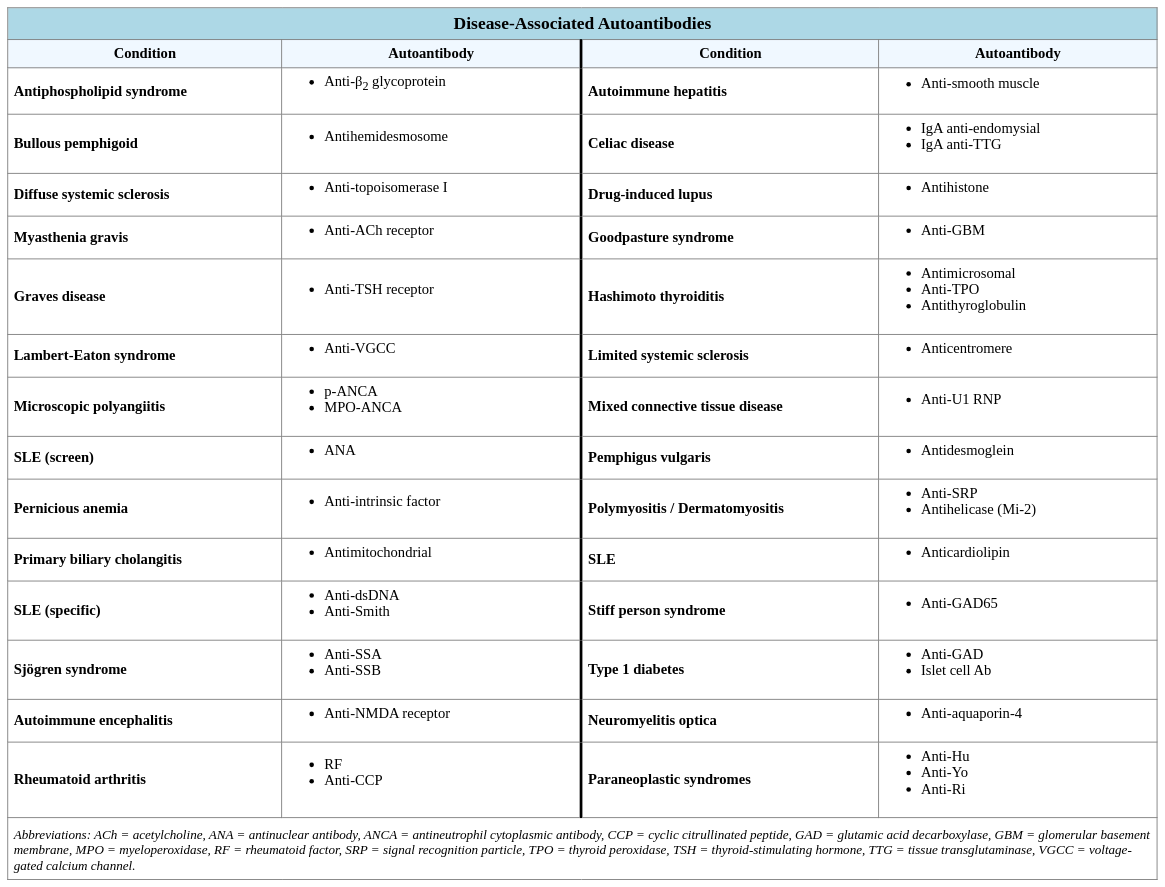
Repository: sharperdragon/STEVEL-1-Summaries
Page: subdex/rapid_review_associations.html
These files come from the project's save history. The page is drawn as it stood at one moment and after the next save; the edit follows.
The browser window is 1280 px wide. The pictures show the whole page, at 91% of full size.

Above is the page before, as saved 2025-05-20 23:12:22.

### subdex/rapid_review_associations.html
<div class="responsive-containier">
<table id="autoantibodies" border="1" cellpadding="6" cellspacing="0" class="table1" style="border-collapse: collapse; width: 100%;">
<thead>
<tr>
<th  colspan="5"  style="background-color: #add8e6; text-align: center; font-size: 1.2em;">
<strong>Disease-Associated Autoantibodies</strong>
</th>
</tr>
<tr>
<th  style="background-color: #f0f8ff; text-align: center;">Condition</th>
<th  style="background-color: #f0f8ff; text-align: center; border-right: 3px solid black;">Autoantibody</th>
<th  style="background-color: #f0f8ff; text-align: center;">Condition</th>
<th   style="background-color: #f0f8ff; text-align: center;">Autoantibody</th>
</tr>
</thead>
<tbody>
<tr>
<td ><strong>Antiphospholipid syndrome</strong></td>
<td  style="border-right: 3px solid black;"><ul><li>Anti-β<sub>2</sub> glycoprotein</li></ul></td>
<td ><strong>Autoimmune hepatitis</strong></td>
<td  ><ul><li>Anti-smooth muscle</li></ul></td>
</tr>
<tr>
<td ><strong>Bullous pemphigoid</strong></td>
<td  style="border-right: 3px solid black;"><ul><li>Antihemidesmosome</li></ul></td>
<td ><strong>Celiac disease</strong></td>
<td  ><ul><li>IgA anti-endomysial</li><li>IgA anti-TTG</li></ul></td>
</tr>
<tr>
<td ><strong>Diffuse systemic sclerosis</strong></td>
<td  style="border-right: 3px solid black;"><ul><li>Anti-topoisomerase I</li></ul></td>
<td ><strong>Drug-induced lupus</strong></td>
<td  ><ul><li>Antihistone</li></ul></td>
</tr>
<tr>
<td ><strong>Myasthenia gravis</strong></td>
<td  style="border-right: 3px solid black;"><ul><li>Anti-ACh receptor</li></ul></td>
<td ><strong>Goodpasture syndrome</strong></td>
<td  ><ul><li>Anti-GBM</li></ul></td>
</tr>
<tr>
<td ><strong>Graves disease</strong></td>
<td  style="border-right: 3px solid black;"><ul><li>Anti-TSH receptor</li></ul></td>
<td ><strong>Hashimoto thyroiditis</strong></td>
<td  ><ul><li>Antimicrosomal</li><li>Anti-TPO</li><li>Antithyroglobulin</li></ul></td>
</tr>
<tr>
<td ><strong>Lambert-Eaton syndrome</strong></td>
<td  style="border-right: 3px solid black;"><ul><li>Anti-VGCC</li></ul></td>
<td ><strong>Limited systemic sclerosis</strong></td>
<td  ><ul><li>Anticentromere</li></ul></td>
</tr>
<tr>
<td ><strong>Microscopic polyangiitis</strong></td>
<td  style="border-right: 3px solid black;"><ul><li>p-ANCA</li><li>MPO-ANCA</li></ul></td>
<td ><strong>Mixed connective tissue disease</strong></td>
<td  ><ul><li>Anti-U1 RNP</li></ul></td>
</tr>
<tr>
<td ><strong>SLE (screen)</strong></td>
<td  style="border-right: 3px solid black;"><ul><li>ANA</li></ul></td>
<td ><strong>Pemphigus vulgaris</strong></td>
<td  ><ul><li>Antidesmoglein</li></ul></td>
</tr>
<tr>
<td ><strong>Pernicious anemia</strong></td>
<td  style="border-right: 3px solid black;"><ul><li>Anti-intrinsic factor</li></ul></td>
<td ><strong>Polymyositis / Dermatomyositis</strong></td>
<td  ><ul><li>Anti-SRP</li><li>Antihelicase (Mi-2)</li></ul></td>
</tr>
<tr>
<td ><strong>Primary biliary cholangitis</strong></td>
<td  style="border-right: 3px solid black;"><ul><li>Antimitochondrial</li></ul></td>
<td ><strong>SLE</strong></td>
<td  ><ul><li>Anticardiolipin</li></ul></td>
</tr>
<tr>
  <td ><strong>SLE (specific)</strong></td>
  <td  style="border-right: 3px solid black;"><ul><li>Anti-dsDNA</li><li>Anti-Smith</li></ul></td>
  <td ><strong>Stiff person syndrome</strong></td>
  <td ><ul><li>Anti-GAD65</li></ul></td>
</tr>
<tr>
<td ><strong>Sjögren syndrome</strong></td>
<td  style="border-right: 3px solid black;"><ul><li>Anti-SSA</li><li>Anti-SSB</li></ul></td>
<td ><strong>Type 1 diabetes</strong></td>
<td  ><ul><li>Anti-GAD</li><li>Islet cell Ab</li></ul></td>
</tr>
<tr>
<td ><strong>Autoimmune encephalitis</strong></td>
<td  style="border-right: 3px solid black;"><ul><li>Anti-NMDA receptor</li></ul></td>
<td ><strong>Neuromyelitis optica</strong></td>
<td  ><ul><li>Anti-aquaporin-4</li></ul></td>
</tr>
<tr>
<td ><strong>Rheumatoid arthritis</strong></td>
<td  style="border-right: 3px solid black;"><ul><li>RF</li><li>Anti-CCP</li></ul></td>
<td ><strong>Paraneoplastic syndromes</strong></td>
<td  ><ul><li>Anti-Hu</li><li>Anti-Yo</li><li>Anti-Ri</li></ul></td>
</tr>
<tr>
<td  colspan="4"  style="font-size: 90%; padding-top: 10px;">
<em>Abbreviations: ACh = acetylcholine, ANA = antinuclear antibody, ANCA = antineutrophil cytoplasmic antibody, CCP = cyclic citrullinated peptide, GAD = glutamic acid decarboxylase, GBM = glomerular basement membrane, MPO = myeloperoxidase, RF = rheumatoid factor, SRP = signal recognition particle, TPO = thyroid peroxidase, TSH = thyroid-stimulating hormone, TTG = tissue transglutaminase, VGCC = voltage-gated calcium channel.</em>
</td>
</tr>
</tbody>
</table>
</div>

After the next save:
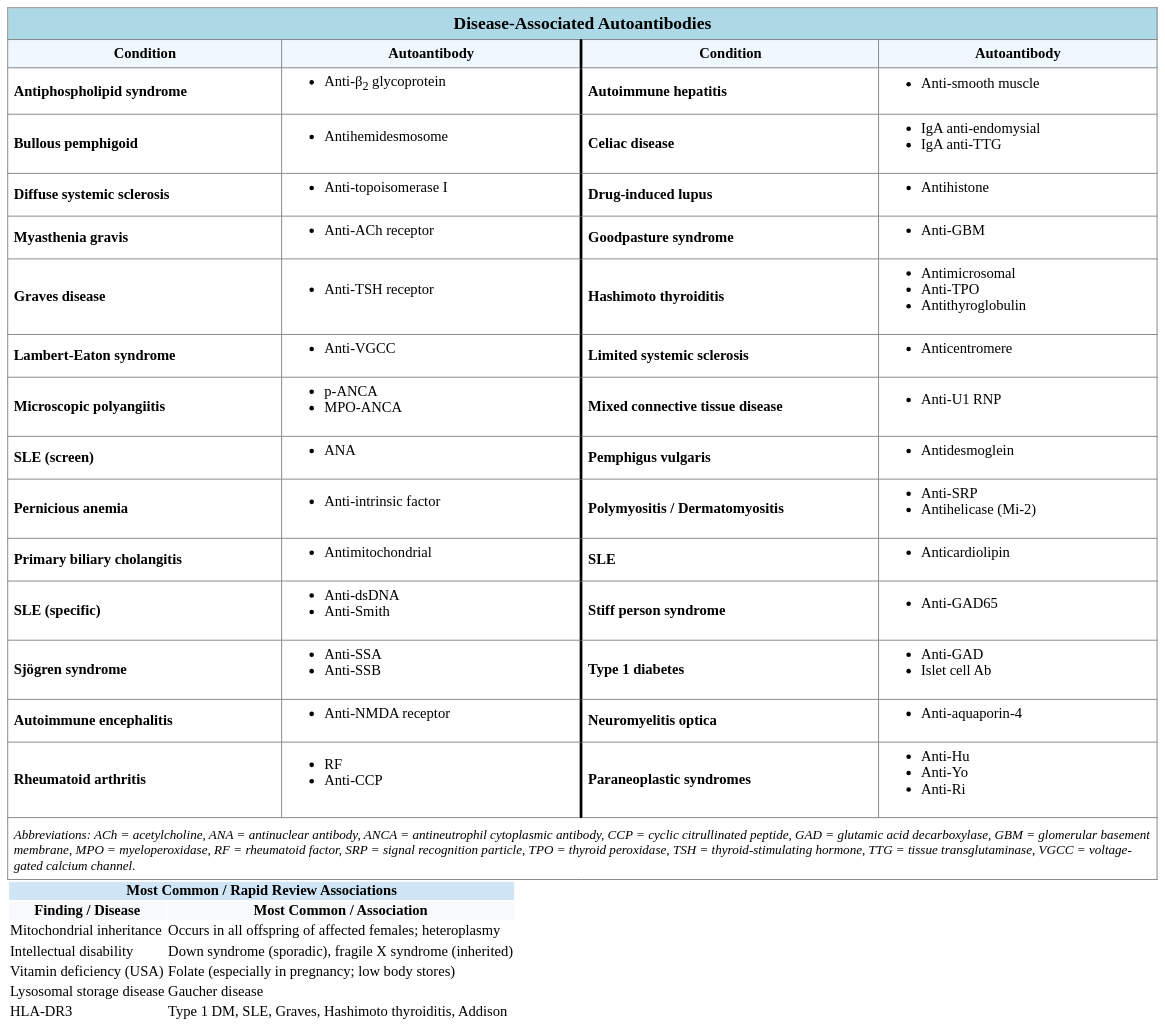
Saved 3 min 51 s later.
--- a/subdex/rapid_review_associations.html
+++ b/subdex/rapid_review_associations.html
@@ -106,3 +106,40 @@
 </tbody>
 </table>
 </div>
+<div class="responsive-containier">
+  <table class="table1" id="rr-associations">
+    <thead>
+      <tr>
+        <th colspan="2" style="text-align:center; background-color: #d0e5f5;">
+          <strong>Most Common / Rapid Review Associations</strong>
+        </th>
+      </tr>
+      <tr>
+        <th style="background-color: #f7f9fa;">Finding / Disease</th>
+        <th style="background-color: #f7f9fa;">Most Common / Association</th>
+      </tr>
+    </thead>
+    <tbody>
+      <tr>
+        <td>Mitochondrial inheritance</td>
+        <td>Occurs in all offspring of affected females; heteroplasmy</td>
+      </tr>
+      <tr>
+        <td>Intellectual disability</td>
+        <td>Down syndrome (sporadic), fragile X syndrome (inherited)</td>
+      </tr>
+      <tr>
+        <td>Vitamin deficiency (USA)</td>
+        <td>Folate (especially in pregnancy; low body stores)</td>
+      </tr>
+      <tr>
+        <td>Lysosomal storage disease</td>
+        <td>Gaucher disease</td>
+      </tr>
+      <tr>
+        <td>HLA-DR3</td>
+        <td>Type 1 DM, SLE, Graves, Hashimoto thyroiditis, Addison</td>
+      </tr>
+    </tbody>
+  </table>
+</div>
